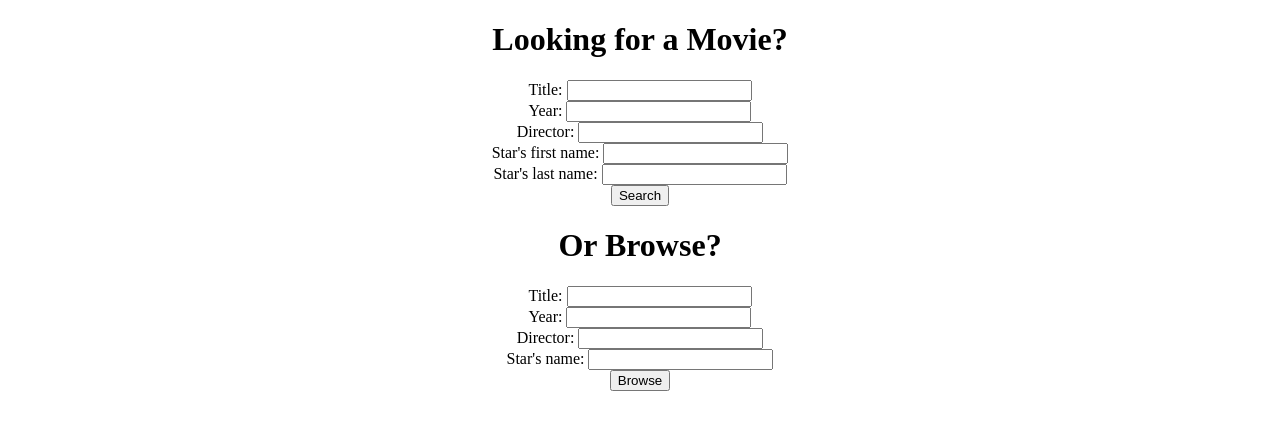
Repository: xzou4/CS221b
Page: fablix/WebContent/main.html
The author's editor kept a copy of each file at every save. The page is drawn from the files as they stood at one save, then again after the next save.
The browser window is 1280 px wide. The pictures show the whole page.

Above is the page before, as saved 2017-02-13 05:50:18.

### fablix/WebContent/main.html
<!DOCTYPE html>
<html>
<head>
<meta charset="UTF-8">
<title>Main</title>
</head>
<body>
<H1 ALIGN="CENTER">Looking for a Movie?</H1>
<FORM ACTION="search"
      METHOD="POST">
      <CENTER>
  Title: <INPUT TYPE="text" NAME="title"><BR>

  Year: <INPUT TYPE="TEXT" NAME="year"><BR>

  Director: <INPUT TYPE="TEXT" NAME="director"><BR>

  Star's first name: <INPUT TYPE="TEXT" NAME="first_name"><BR>

  Star's last name: <INPUT TYPE="TEXT" NAME="last_name"><BR>

    <INPUT TYPE="SUBMIT" VALUE="Search">
  </CENTER>
</FORM>

<H1 ALIGN="center">Or Browse?</H1>

<FORM ACTION="browse"
      METHOD="POST">
      <CENTER>
  Title: <INPUT TYPE="text" NAME="title"><BR>

  Year: <INPUT TYPE="TEXT" NAME="year"><BR>

  Director: <INPUT TYPE="TEXT" NAME="director"><BR>

  Star's name: <INPUT TYPE="TEXT" NAME="star_name"><BR>


    <INPUT TYPE="SUBMIT" VALUE="Browse">
  </CENTER>
</FORM>
</body>
</html>

After the next save:
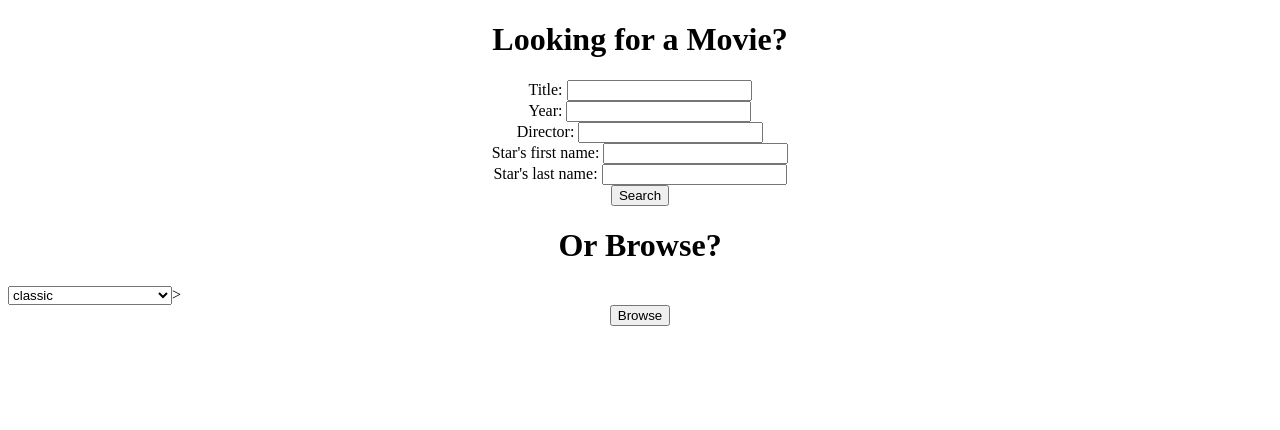
Saved 28 min 22 s later.
--- a/fablix/WebContent/main.html
+++ b/fablix/WebContent/main.html
@@ -25,17 +25,60 @@
 
 <H1 ALIGN="center">Or Browse?</H1>
 
+<select name="genre">
+<option value = "48001">classic</option>
+<option value = "48008">advanture</option>
+<option value = "48009">kid</option>
+<option value = "48013">musial</option>
+<option value = "48014">arts</option>
+<option value = "135001">SCI/FI</option>
+<option value = "150003">Commedy</option>
+<option value = "150005">Coming-of-Age-Drama</option>
+<option value = "150006">Detective</option>
+<option value = "150008">Gangster</option>
+<option value = "150010">Love</option>
+<option value = "422607">Suspense</option>
+<option value = "422610">Indie</option>
+<option value = "492206">epics</option>
+<option value = "525208">spy</option>
+<option value = "525210">James Bond</option>
+<option value = "631003">Roman</option>
+<option value = "683006">Epics/Historial</option>
+<option value = "693208">Tragedy</option>
+<option value = "693209">SciFi</option>
+<option value = "764003">Animation</option>
+<option value = "764010">Film-Noir</option>
+<option value = "764013">Musical</option>
+<option value = "764014">Mystery</option>
+<option value = "764017">Short</option>
+<option value = "764020">Western</option>
+<option value = "788008">Science Fiction/Fantasy</option>
+<option value = "788009">Documentary</option>
+<option value = "788010">Musical/Performing Arts</option>
+<option value = "855203">Crime</option>
+<option value = "855209">Music</option>
+<option value = "872004">Crime/Gangster</option>
+<option value = "872006">Epics/Historical</option>
+<option value = "872008">Musicals</option>
+<option value = "872009">Science Fiction</option>
+<option value = "872010">War</option>
+<option value = "872011">Westerns</option>
+<option value = "872012">Family</option>
+<option value = "907000">Action</option>
+<option value = "907001">Adventure</option>
+
+<option value = "907002">Drama</option>
+<option value = "907003">Comedy</option>
+<option value = "907004">Horror</option>
+<option value = "907005">Thriller</option>
+<option value = "907006">Foreign</option>
+<option value = "907007">Sci-Fi</option>
+<option value = "907008">Romance</option>
+<option value = "907009">Fantasy</option>
+</select>>
 <FORM ACTION="browse"
       METHOD="POST">
       <CENTER>
-  Title: <INPUT TYPE="text" NAME="title"><BR>
-
-  Year: <INPUT TYPE="TEXT" NAME="year"><BR>
-
-  Director: <INPUT TYPE="TEXT" NAME="director"><BR>
-
-  Star's name: <INPUT TYPE="TEXT" NAME="star_name"><BR>
-
 
     <INPUT TYPE="SUBMIT" VALUE="Browse">
   </CENTER>
